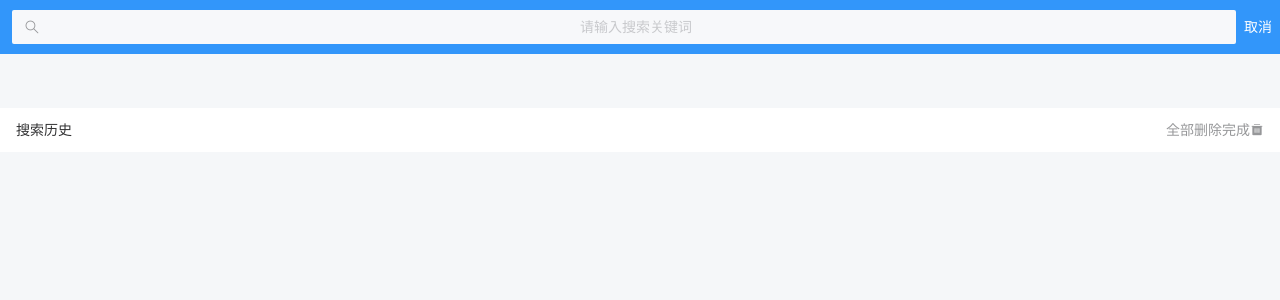
Repository: liuliumm/hmtt60
Page: /#/search
The author's editor kept a copy of each file at every save. The page is drawn from the files as they stood at one save, then again after the next save.
The browser window is 1280 px wide. The pictures show the whole page.
The project was rebuilt for these pictures with package versions that can differ from the ones it lists, and the page was loaded fresh each time. Also part of the build but not shown: vue.config.js, src/utils/request.js, src/api/search.js, src/views/search/components/search-suggestion.vue, src/views/search/components/search-result.vue.

Above is the page before, as saved 2023-02-17 01:31:27.

After the next save:
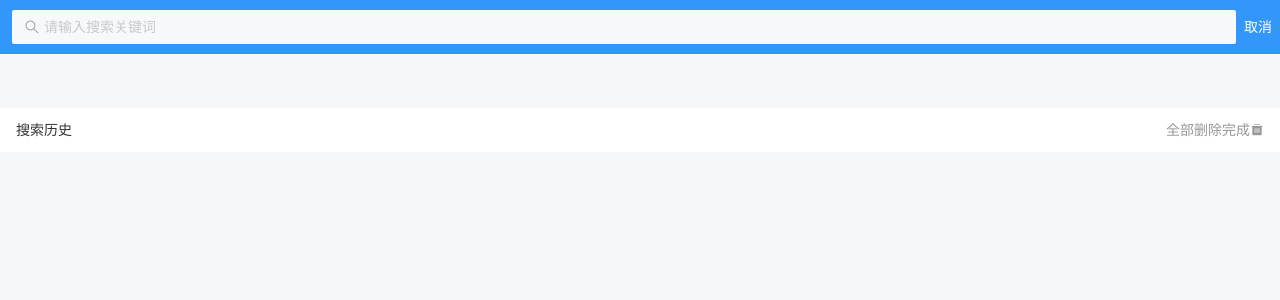
Saved 5 min 2 s later.
--- a/src/views/search/index.vue
+++ b/src/views/search/index.vue
@@ -8,11 +8,11 @@
         @cancel="onCancel" 点击取消按钮，触发cancel事件 -->
     <form action="/" class="search-form">
       <van-search
-        v-model="searchText"
+        v-model.trim="searchText"
         show-action
         placeholder="请输入搜索关键词"
         background="#3296fa"
-        input-align="center"
+        @focus="isResultShow = false"
         @search="onSearch"
         @cancel="onCancel"
       />
@@ -31,7 +31,7 @@
     />
     <!-- /联想建议 -->
     <!-- 搜索历史记录 -->
-    <search-history v-else />
+    <search-history v-else :search-histories="searchHistories"/>
     <!-- /搜索历史记录 -->
   </div>
 </template>
@@ -61,17 +61,18 @@ export default {
       //val：输入的关键字
       // Toast(val);
       this.searchText = val; //将搜索框中的内容改为传递过来的内容
+      this.isResultShow = true
       // 存储搜索历史记录
       // 要求：不要有重复历史记录、最新的排在最前面
-      const index = this.searchHistories.indexOf(val);
-      if (index !== -1) {
+      const index = this.searchHistories.indexOf(it => it === val);
+      if (index >= 0) {
         //如果重复，则先删除，然后再头部再添加
         this.searchHistories.splice(index, 1);
       }
       this.searchHistories.unshift(val); //在头部添加
-
+      this.searchHistories = this.searchHistories.slice(0, 10)
       // 渲染搜索结果
-      this.isResultShow = true;
+      // this.isResultShow = true;
     },
     onCancel() {
       Toast("取消");
